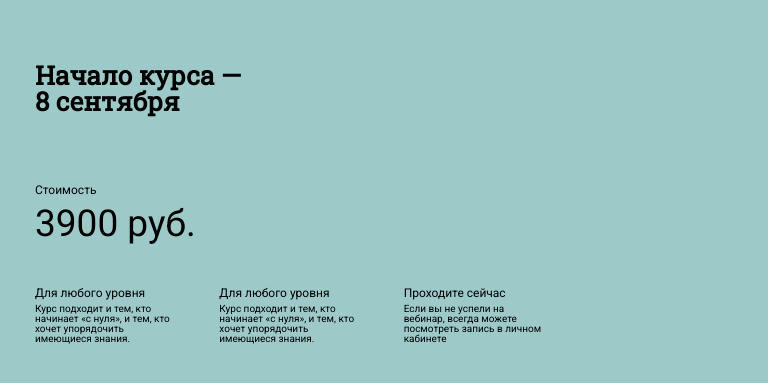
Repository: NatiqSamiyev/fiqma-task3
Page: index.html
The author's editor kept a copy of each file at every save. The page is drawn from the files as they stood at one save, then again after the next save.
The browser window is 768 px wide. The pictures show the whole page.

Above is the page before, as saved 2023-08-12 13:45:30.

### index.html
<!DOCTYPE html>
<html lang="en">
  <head>
    <meta charset="UTF-8" />
    <meta name="viewport" content="width=device-width, initial-scale=1.0" />
    <link rel="stylesheet" href="index.css" />
    <title>Document</title>
  </head>
  <body>
    <div class="container">
      <h1>Начало курса — 8 сентября</h1>
      <h2>Стоимость</h2>
      <h3>3900 руб.</h3>
      <ul>
        <li class="list-2 blue-list italic">
          <h4 class="h-4">Для любого уровня</h4>
          <p >
            Курс подходит и тем, кто начинает «с нуля», и тем, кто хочет
            упорядочить имеющиеся знания.
          </p>
        </li>
        <li>
          <h4>Для любого уровня</h4>
          <p>
            Курс подходит и тем, кто начинает «с нуля», и тем, кто хочет
            упорядочить имеющиеся знания.
          </p>
        </li>

        <li  class="italic">
          <h4>Проходите сейчас</h4>
          <p>
            Если вы не успели на вебинар, всегда можете посмотреть запись в
            личном кабинете
          </p>
        </li>
      </ul>

    </div>
  </body>
</html>

### index.css
@import url("https://fonts.googleapis.com/css2?family=Roboto+Slab&family=Roboto:wght@400;700&display=swap");
* {
  margin: 0;
  padding: 0;
  box-sizing: border-box;
}

.container {
  width: 100%;
  min-height: 100vh;
  padding: 160px 0px 170px 122px;
  background: #9dc9c8;
}

.container h1 {
  margin-bottom: 69px;
  color: #000;
  font-family: Roboto Slab;
  font-size: 55px;
  font-style: normal;
  font-weight: 700;
  line-height: 101.385%;
}

.container h2 {
  margin-bottom: 9px;
  color: #000;
  font-family: Roboto;
  font-size: 25px;
  font-style: normal;
  font-weight: 400;
  line-height: 101.385%;
}

.container h3 {
  color: #000;
  font-family: Roboto;
  font-size: 80px;
  font-style: normal;
  font-weight: 400;
  line-height: 101.385%;
}

.container ul {
  margin-top: 83px;
  display: flex;
}

.container ul li {
  list-style-type: none;
  margin-right: 70px;
  width: 294px;
}

.container h4 {
  margin-bottom: 20px;
  color: #000;
  font-family: Roboto;
  font-size: 25px;
  font-style: normal;
  font-weight: 400;
  line-height: 101.385%;
}

.container p {
  color: #000;
  font-family: Roboto;
  font-size: 18px;
  font-style: normal;
  font-weight: 400;
  line-height: 101.385%;
}

/* .tablet */

@media screen and (max-width: 1024px) {
  .container {
    padding: 160px 0 170px 122px;
  }

  .container h1 {
    font-size: 32px;
  }

  .container h2 {
    font-size: 14px;
  }

  .container h3 {
    font-size: 46px;
  }

  .container ul {
    margin-top: 72px;
  }

  .container ul li {
    margin-right: 55px;
    width: 170px;
  }

  .container h4 {
    margin-bottom: 5px;
    font-size: 14px;
  }

  .container p {
    font-size: 10px;
  }
}
/* .mobile */
@media screen and (max-width: 768px) {
  .container {
    padding: 62px 180px 63px 35px;
  }
  .container h1 {
    width: 224px;
    font-size: 26px;
  }

  .container h2 {
    font-size: 12px;
  }

  .container h3 {
    font-size: 37px;
  }

  .container ul {
    margin-top: 45px;
  }

  .container ul li {
    margin-right: 31px;
    width: 170px;
  }

  .container h4 {
    margin-bottom: 4.5px;
    font-size: 12px;
  }

  .container p {
    height: 40px;
    font-size: 10px;
    width: 140px;
    height: 38px;
  }
}

After the next save:
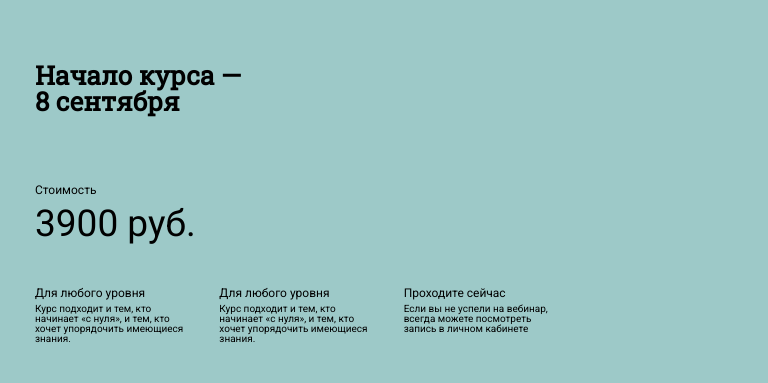
Saved 8 s later.
--- a/index.css
+++ b/index.css
@@ -143,7 +143,7 @@
   .container p {
     height: 40px;
     font-size: 10px;
-    width: 140px;
+
     height: 38px;
   }
 }
